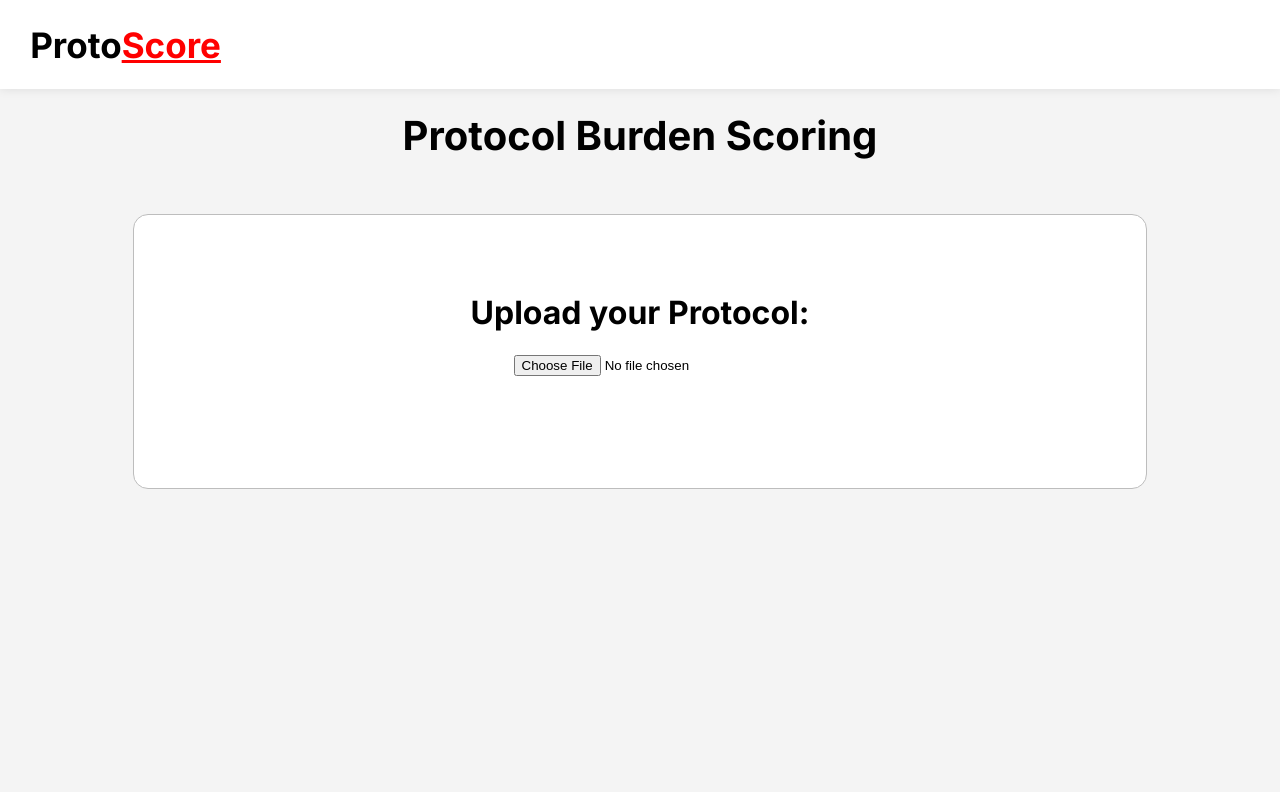
Repository: evanc108/Regeneron2024
Page: / (app in regeneron/)
These files come from the project's save history. The page is drawn as it stood at one moment and after the next save; the edit follows.
The browser window is 1280 px wide. The pictures show the whole page.
The project was rebuilt for these pictures with package versions that can differ from the ones it lists, and the page was loaded fresh each time.

Above is the page before, as saved 2024-05-14 02:20:43.

### regeneron/src/App.js
import './App.css';
import React, { useState } from 'react';
import Feedback from './pages/Feedback';


function App() {
  return (
    <div className="App">
      <div style={{backgroundColor: "white", width: "100%", padding: "0.2px", boxShadow: "0px 0px 10px rgba(0, 0, 0, 0.1)"}}>
        <h1 style={{ marginLeft: "30px", fontSize: "35px", textAlign: "left"}}>
          <span style={{color: "black"}}>Proto</span>
          <span style={{color: "red", textDecoration: "underline"}}>Score</span>
        </h1>
      </div>


      {/* <input value={inputValue} onChange={handleChange}></input>
      <button onClick={sendRequest}>Click me</button>
      <div>
        <p>Physical Burden: {burden.physical}</p>
        <p>Logistical Burden: {burden.logistical}</p>
        <p>Financial: {burden.financial}</p>
        <p>Psychological Burden: {burden.psychological}</p>
      </div> */}
      <Feedback></Feedback>
    </div>
  );
}

export default App;

### regeneron/src/App.css
.App {
  text-align: center;
  background-color: #f4f4f4;
  margin: 0;
  height: 110vh;
}

body {
  font-family: 'Inter', sans-serif;
  margin: 0;
  padding: 0;
  height: 110vh;
}

.App-logo {
  height: 40vmin;
  pointer-events: none;
}

@media (prefers-reduced-motion: no-preference) {
  .App-logo {
    animation: App-logo-spin infinite 20s linear;
  }
}

.App-header {
  background-color: #282c34;
  min-height: 100vh;
  display: flex;
  flex-direction: column;
  align-items: center;
  justify-content: center;
  font-size: calc(10px + 2vmin);
  color: white;
}

.App-link {
  color: #61dafb;
}

@keyframes App-logo-spin {
  from {
    transform: rotate(0deg);
  }
  to {
    transform: rotate(360deg);
  }
}

### regeneron/src/pages/Feedback.js
import React, { useState } from 'react';
import '../styles/feedback.css';
import { handleExtraction } from '../openAIServices';
import { PropagateLoader } from 'react-spinners';

function Feedback() {
    const [fileUploaded, setFileUploaded] = useState(false);
    const [loading, setLoading] = useState(false);
    const [burden, setBurden] = useState({});
    const [pdfUrl, setPdfUrl] = useState("");

    const handleFileUpload = async (text) => {
        setLoading(true);
        // Uncomment and use when API is connected
        // const response = await handleExtraction(text);
        // setBurden(response);
        setFileUploaded(true);
        setLoading(false);
    };

    function extractText(event) {
        const file = event.target.files[0];
        if (file) {
            const url = URL.createObjectURL(file);
            setPdfUrl(url);
            setFileUploaded(true);

            const reader = new FileReader();
            reader.onload = async (e) => {
                const text = await reader.result;
                console.log(text);
                handleFileUpload(text);
            };
            reader.readAsText(file);
        }
    }

    return (
        <div className="feedback-container">
            {!fileUploaded && (
                <div style={{display:"flex", flexDirection:"column", justifyContent:"center", alignItems:"center"}}>
                    <div className="onboarding">
                        <h1>Protocol Burden Scoring</h1>
                    </div>
                    <div className='upload-file'>
                        {!fileUploaded && !loading && (
                            <div>
                                <h1>Upload your Protocol:</h1>
                                <input
                                    type="file"
                                    accept=".pdf"
                                    onChange={extractText}
                                />
                            </div>
                        )}
                        {loading && (
                            <div style={{ marginTop: "30px" }}>
                                <h2>Calculating Burden...</h2>
                                <PropagateLoader color="#36d7b7" />
                            </div>
                        )}
                    </div>
                </div>
            )}

            {fileUploaded && !loading && (
                <div className="protocol-container">
                    <div className="iframe-container">
                        <iframe src={pdfUrl} style={{ width: '100%', height: '100%' }}></iframe>
                    </div>
                </div>
            )}
            {fileUploaded && !loading && (
                <div className="score-container">
                    <div>
                        <p style={{ fontSize: '17px', fontWeight: '300', marginBottom: '-3px' }}>Burden Score</p>
                        <span style={{ fontSize: '50px', fontWeight: '600' }}>{burden.score || 'N/A'}</span>
                    </div>
                </div>
            )}
        </div>
    );
}

export default Feedback;

### regeneron/src/styles/feedback.css
.feedback-container {
    display: flex;
    flex-direction: row;
    justify-content: center;
    margin-top: -2.5%;
}

.onboarding {
    font-size: 20px;
    font-weight: 500;
    margin-top: 5%;

}

.upload-file {
    border-color: rgb(189, 189, 189);
    border-width: 1px;
    border-style: solid;
    padding-left: 100px;
    padding-right: 100px;
    width: 150%;
    height: 30vh;
    margin-top: 5%;
    border-radius: 15px;
    background-color: white;
    overflow: hidden;
    padding-top: 10.5%;
}

.protocol-container {
    border-color: rgb(189, 189, 189);
    border-width: 1px;
    border-style: solid;
    padding-left: 100px;
    padding-right: 100px;
    width: 40%;
    height: 68vh;
    margin-top: 5%;
    border-radius: 15px;
    background-color: white;
    overflow: hidden;
    padding-top: 10.5%;
}

.score-container {
    border-color: rgb(189, 189, 189);
    border-width: 1px;
    border-style: solid;
    padding: 100px;
    width: 10%;
    height: 65.3vh;
    margin-top: 5%;
    border-radius: 15px;
    background-color: white;
    margin-left: 30px;
}

.score {
    font-size: large;
}

.unique-score {
    font-size: 86px;
    font-weight: 500;
}


.iframe-container {
    top: -28%;
    width: 130%;
    left: -15%;
    height: 150%;  /* Adjust height as needed */
    overflow: hidden;
    position: relative;
}

Loaded but not shown: regeneron/public/index.html (common file); regeneron/src/index.js (common file); regeneron/src/openAIServices.js (no copy from this time; the picture is the same without it)

After the next save:
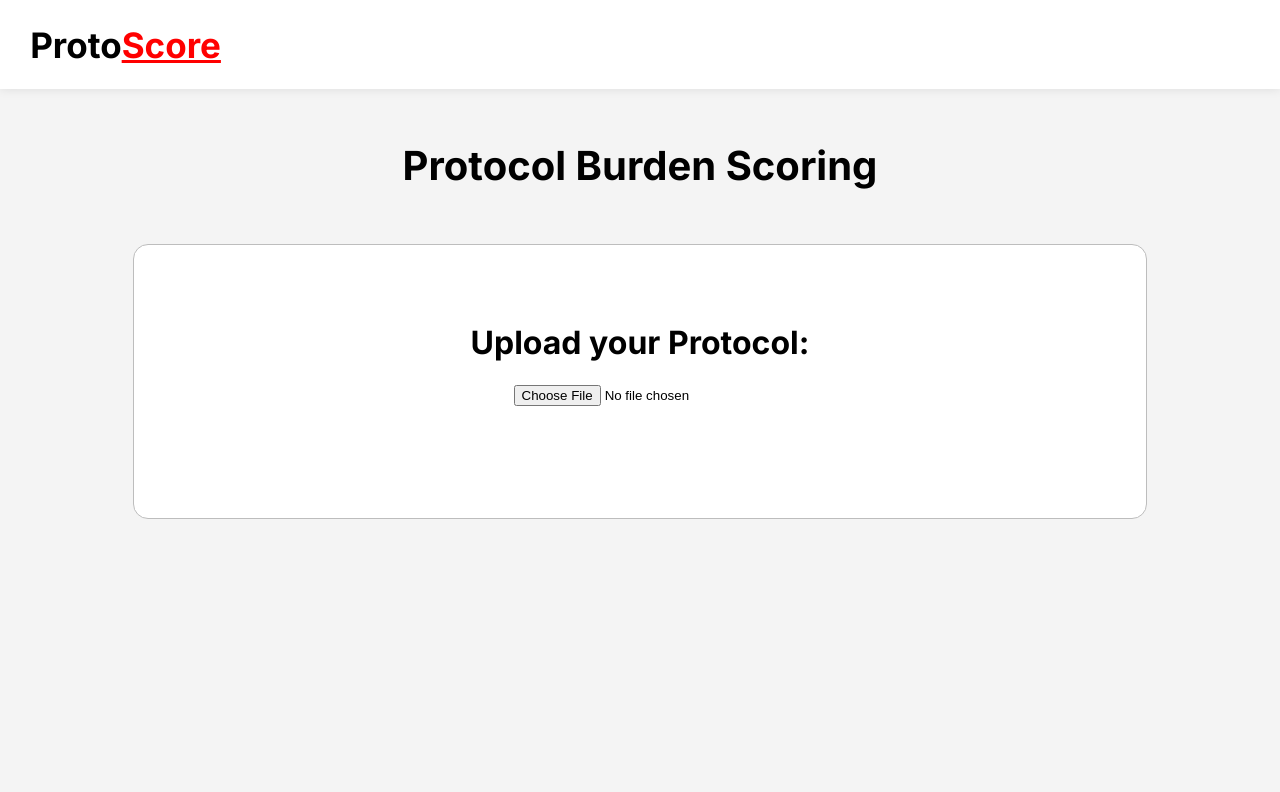
Saved 23 s later.
--- a/regeneron/src/pages/Feedback.js
+++ b/regeneron/src/pages/Feedback.js
@@ -38,7 +38,7 @@ function Feedback() {
     return (
         <div className="feedback-container">
             {!fileUploaded && (
-                <div style={{display:"flex", flexDirection:"column", justifyContent:"center", alignItems:"center"}}>
+                <div style={{display:"flex", flexDirection:"column", justifyContent:"center", alignItems:"center", marginTop:"30px"}}>
                     <div className="onboarding">
                         <h1>Protocol Burden Scoring</h1>
                     </div>
